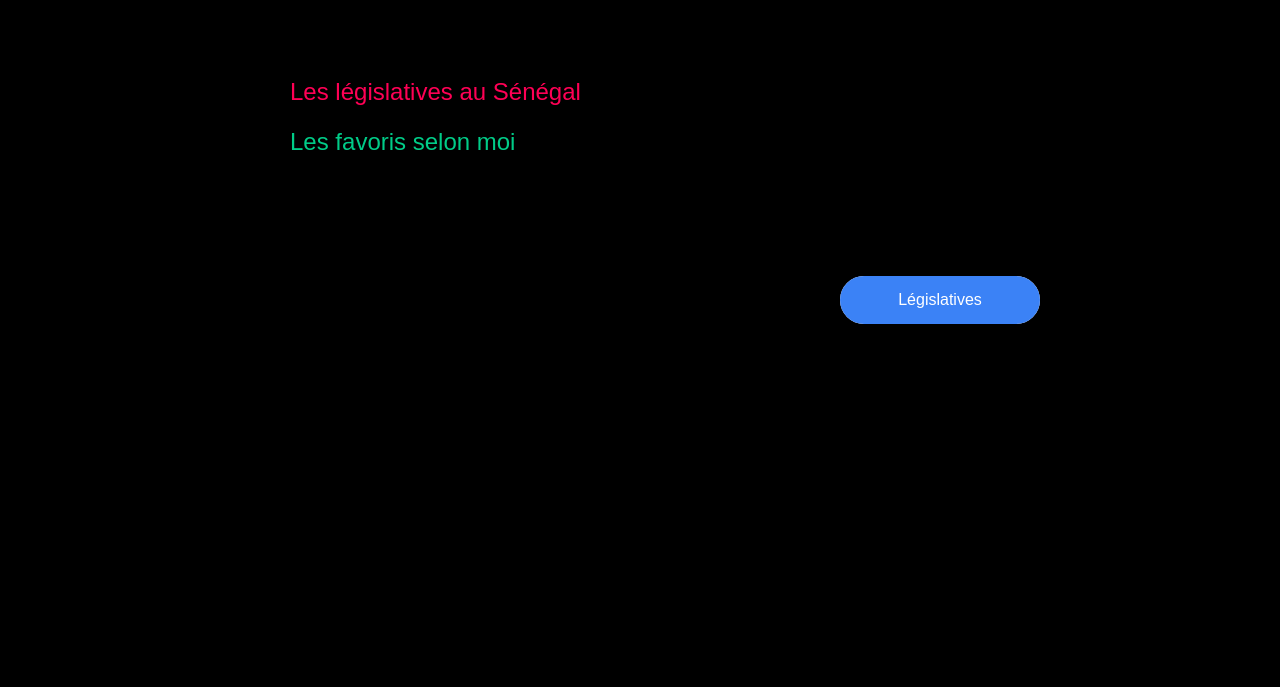
Repository: MDiouf9/legislatives
Page: /
An editor plug-in stored every save of this project. The page is shown before and after the next save, followed by the edit.
The browser window is 1280 px wide. The pictures show the whole page.
The project was rebuilt for these pictures with package versions that can differ from the ones it lists, and the page was loaded fresh each time. The framework's server and built-in components were replaced by stand-ins that run in the browser. Also part of the build but not shown: next.config.ts.

Above is the page before, as saved 2024-10-31 23:29:39.

After the next save:
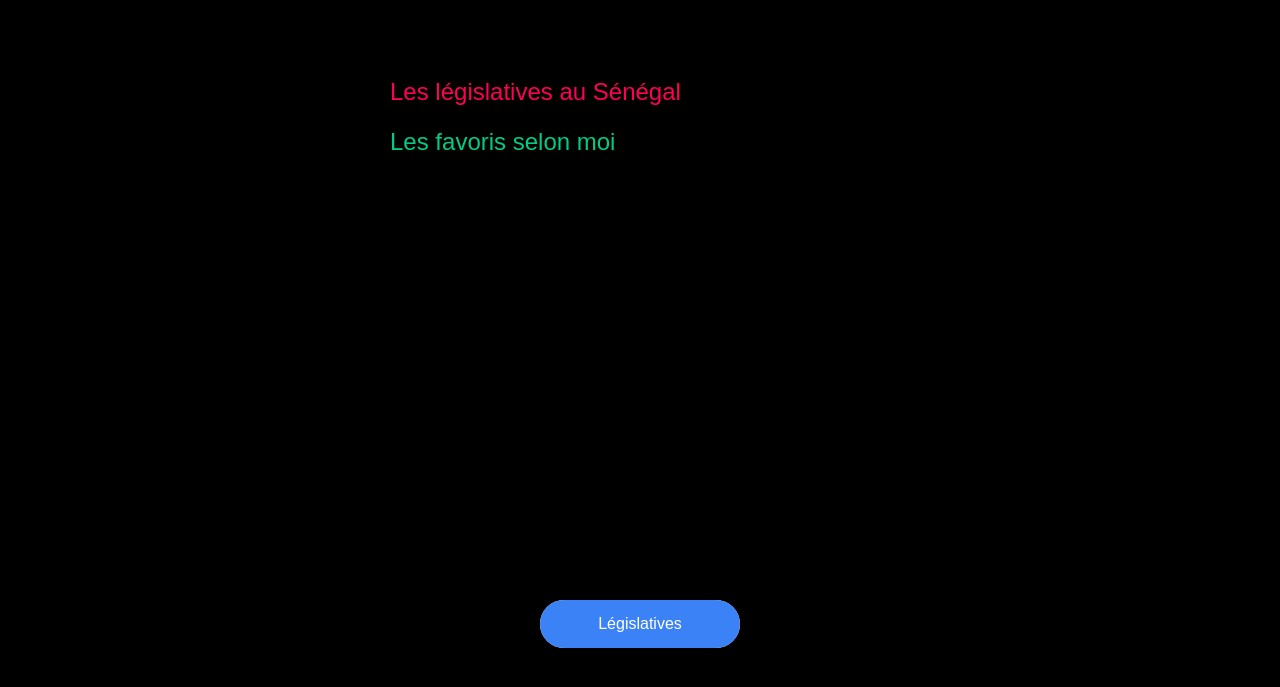
Saved 5 s later.
--- a/src/app/page.tsx
+++ b/src/app/page.tsx
@@ -9,7 +9,7 @@ export default function Page() {
   return (
 
 
-  <div  className="flex fle  justify-center items-center">
+  <div  className="flex flex-col  justify-center items-center">
    <Text/>
 
 
